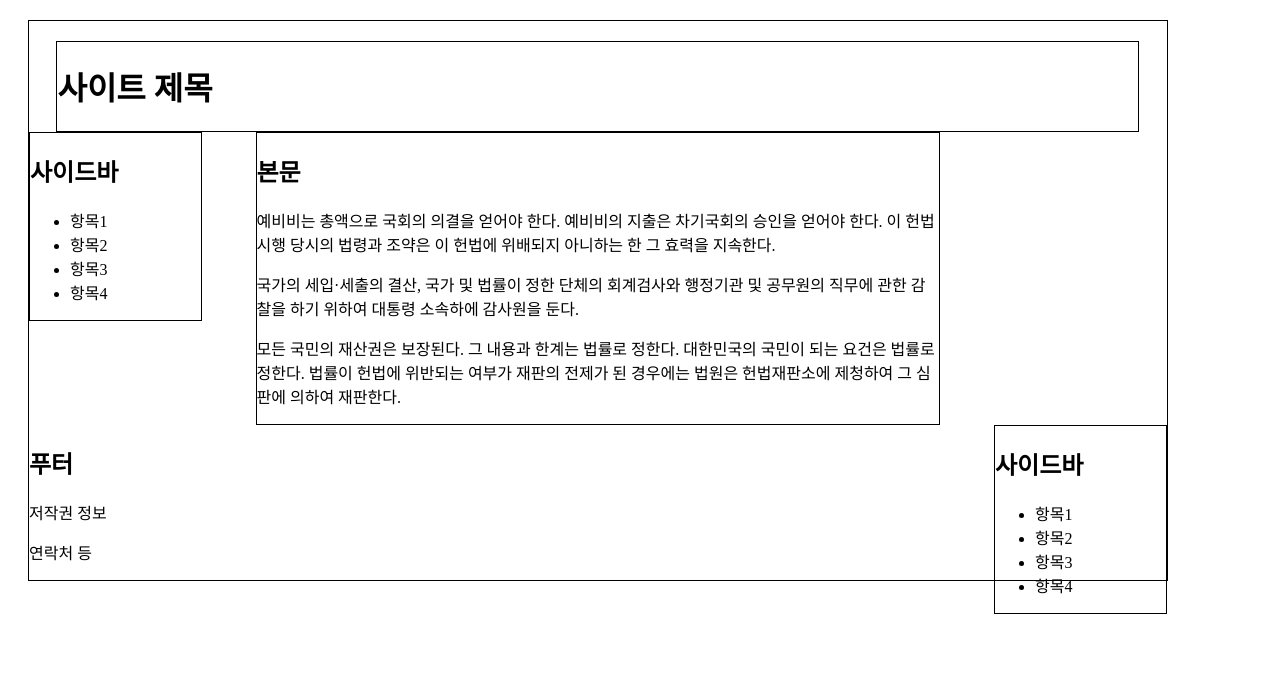
Repository: RyuJelly/java_web
Page: CSS/WebContent/3-layout.html
These files come from the project's save history. The page is drawn as it stood at one moment and after the next save; the edit follows.
The browser window is 1280 px wide. The pictures show the whole page.

Above is the page before, as saved 2021-03-08 07:13:11.

After the next save:
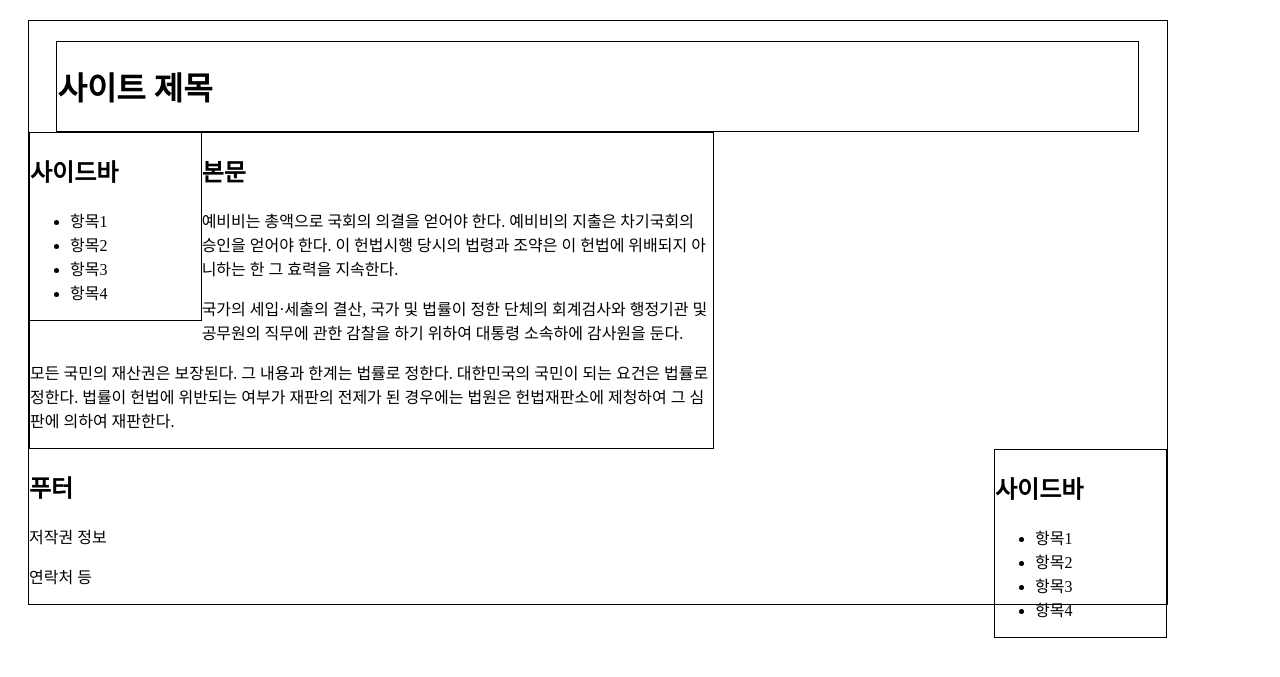
Saved 100 s later.
--- a/CSS/WebContent/3-layout.html
+++ b/CSS/WebContent/3-layout.html
@@ -24,14 +24,12 @@
 				height: 30%;
 				border: 1px solid;
 				float: left;
-				margin: auto;
 			}
 
 			#contents{
 				width: 60%;
 				height: 50%;
 				border: 1px solid;
-				margin: auto;
 			}
 
 			#right-sidebar{
@@ -39,8 +37,6 @@
 				height: 30%;
 				border: 1px solid;
 				float: right;
-				margin: auto;
-				clear: right;
 			}
 
 		</style>
